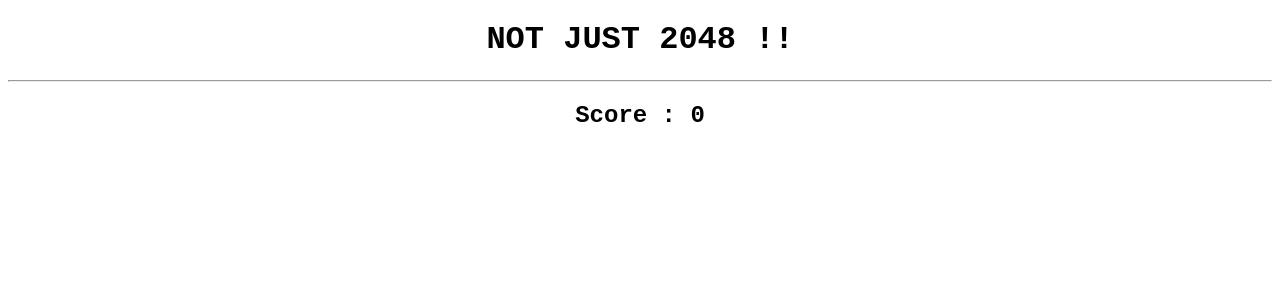
Repository: Prathamyadav1123/2048Game
Page: NotJust2048-main/2048.html
The author's editor kept a copy of each file at every save. The page is drawn from the files as they stood at one save, then again after the next save.
The browser window is 1280 px wide. The pictures show the whole page.

Above is the page before, as saved 2023-05-31 19:38:40.

After the next save:
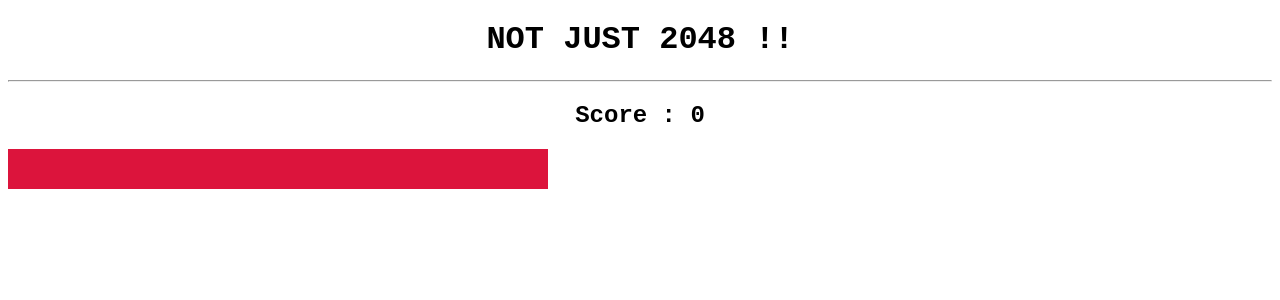
Saved 36 s later.
--- a/NotJust2048-main/2048.css
+++ b/NotJust2048-main/2048.css
@@ -6,5 +6,5 @@ body{
     width: 500px;
     color: crimson;
     background-color: aquamarine;
-    border: 20px;
+    border: 20px solid ;
 }
